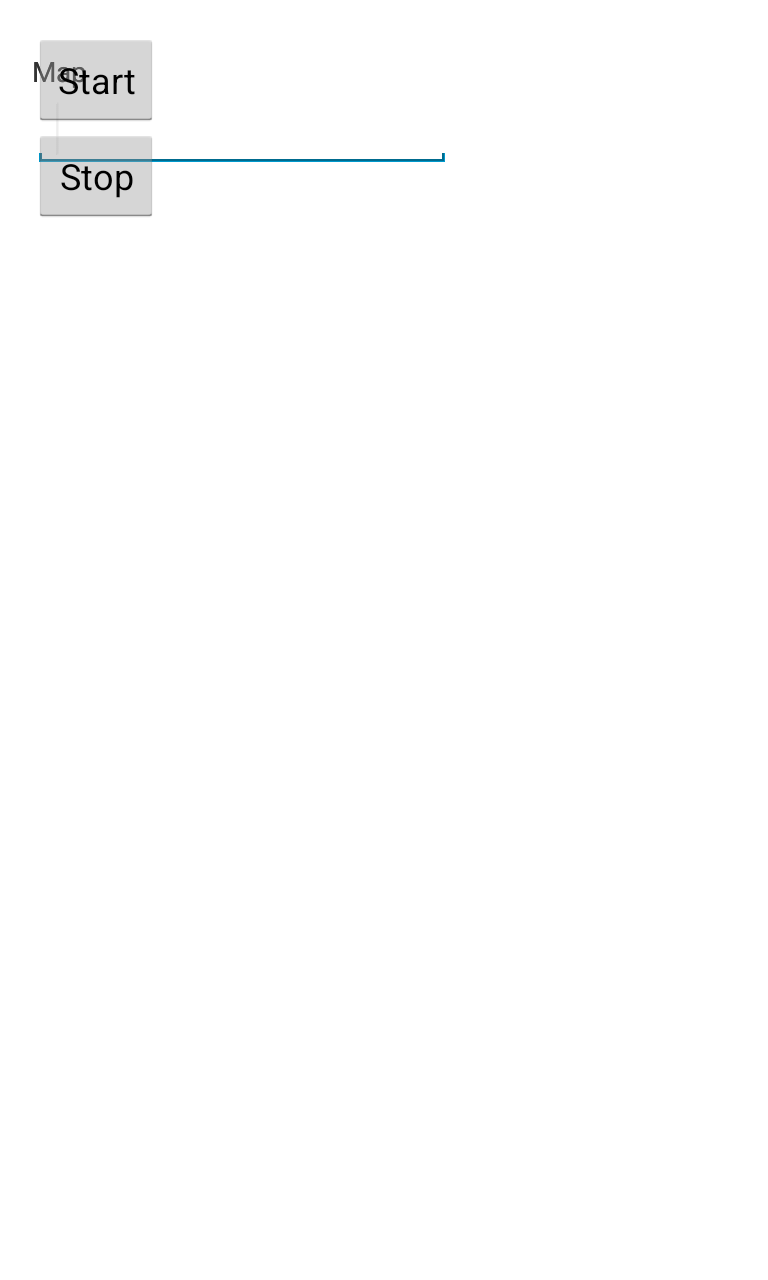
Repository: choll03/mobile_programming
Layout: Gps/res/layout/activity_main.xml
These files come from the project's save history. The layout is drawn as it stood at one moment and after the next save; the edit follows.
It is drawn on a 768 x 1280 px phone screen (xhdpi) without system bars, with theme AppTheme; the app's code is not run.

Above is the layout before, as saved 2019-05-01 10:08:32.

After the next save:
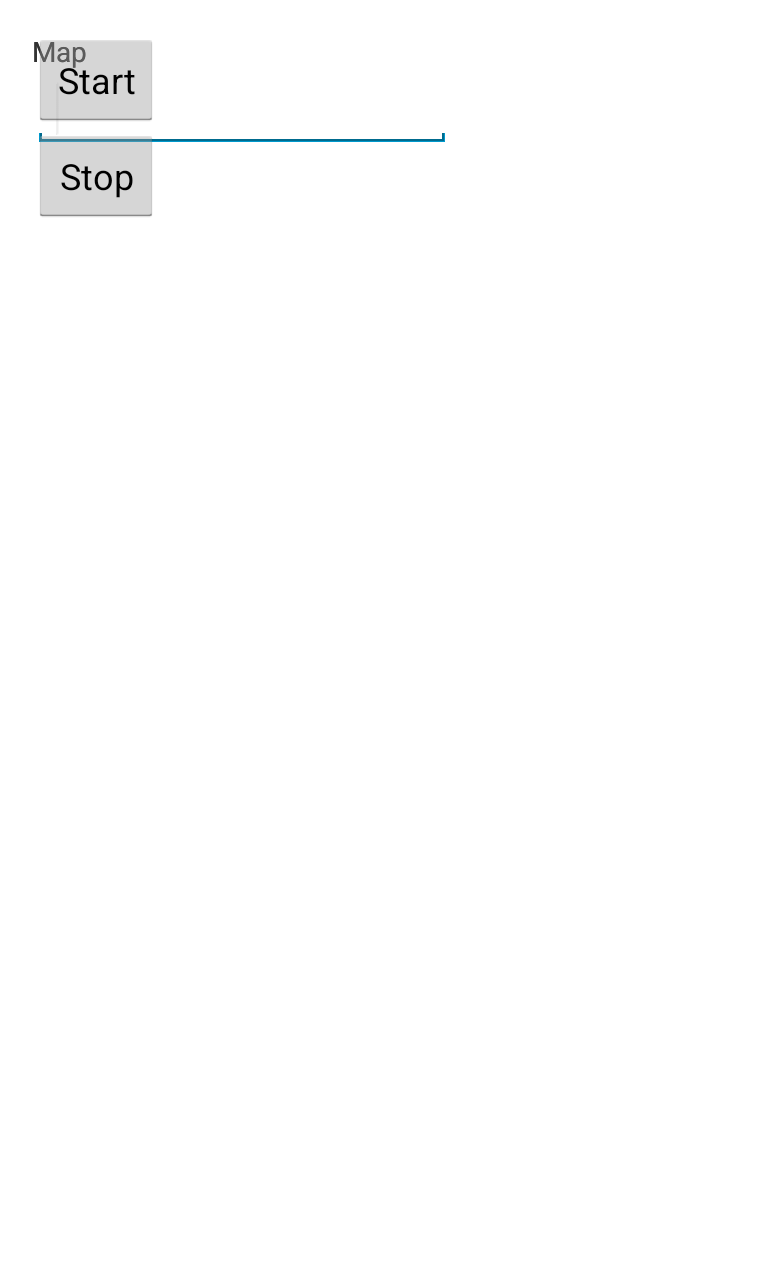
Saved 66 s later.
--- a/Gps/res/layout/activity_main.xml
+++ b/Gps/res/layout/activity_main.xml
@@ -21,7 +21,6 @@
             android:layout_height="wrap_content"
             android:layout_alignParentLeft="true"
             android:layout_alignParentTop="true"
-            android:layout_marginTop="10dp"
             android:text="Map" />
         <EditText
 	        android:id="@+id/longitudeEditText"
@@ -49,7 +48,6 @@
             android:layout_height="wrap_content"
             android:layout_alignParentLeft="true"
             android:layout_alignParentTop="true"
-            android:layout_marginTop="10dp"
             android:text="Map" />
         <EditText
 	        android:id="@+id/latitudeEditText"
